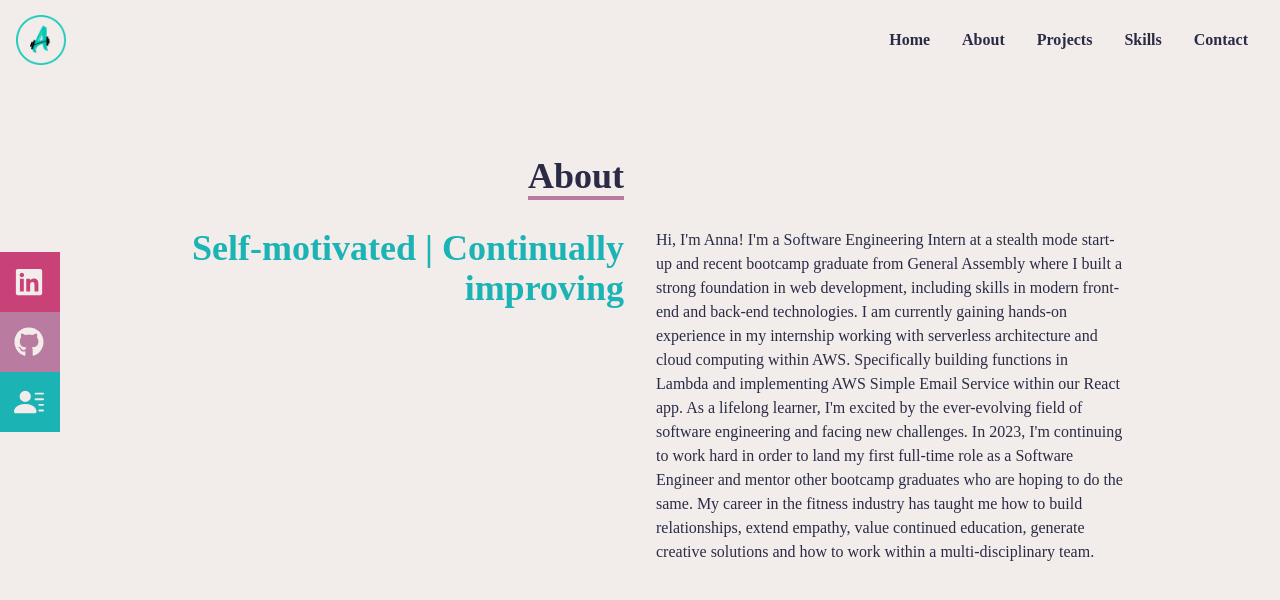
Repository: thecoachanna/Dev-Portfolio
Page: /about
The author's editor kept a copy of each file at every save. The page is drawn from the files as they stood at one save, then again after the next save.
The browser window is 1280 px wide. The pictures show the whole page.
The project was rebuilt for these pictures with package versions that can differ from the ones it lists, and the page was loaded fresh each time. Also part of the build but not shown: src/components/Home.jsx, src/components/Projects.jsx, src/components/Skills.jsx, src/components/Contact.jsx.

Above is the page before, as saved 2023-01-31 09:01:20.

After the next save:
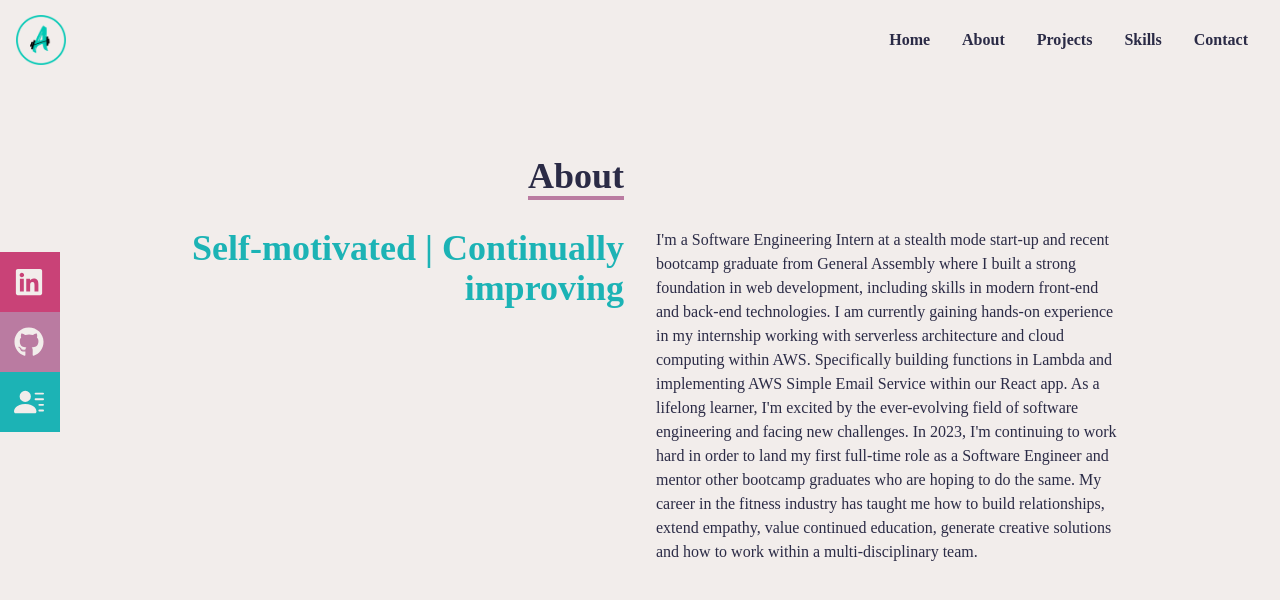
Saved 108 s later.
--- a/src/components/About.jsx
+++ b/src/components/About.jsx
@@ -17,7 +17,7 @@ const About = () => {
                 <p>Self-motivated | Continually improving</p>
               </div>
               <div>
-              <p className='text-[#2b2b46]'>Hi, I'm Anna! I'm a Software Engineering Intern at a stealth mode start-up and recent bootcamp graduate from General Assembly where I built a strong foundation in web development, including skills in modern front-end and back-end technologies.
+              <p className='text-[#2b2b46]'>I'm a Software Engineering Intern at a stealth mode start-up and recent bootcamp graduate from General Assembly where I built a strong foundation in web development, including skills in modern front-end and back-end technologies.
 
 I am currently gaining hands-on experience in my internship working with serverless architecture and cloud computing within AWS. Specifically building functions in Lambda and implementing AWS Simple Email Service within our React app.
 
